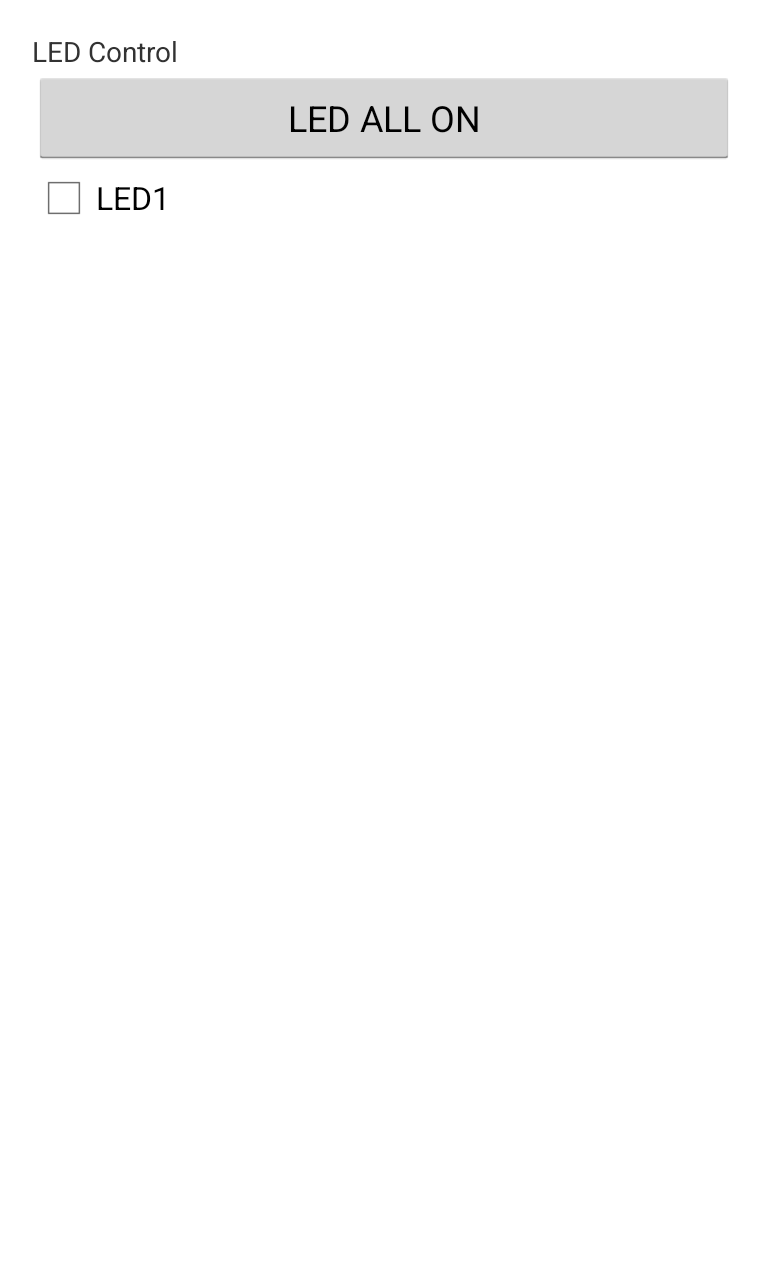
Repository: zgliuyang/android_study
Layout: LedCtrl/res/layout/activity_main.xml
An editor plug-in stored every save of this project. The layout is shown before and after the next save, followed by the edit.
It is drawn on a 768 x 1280 px phone screen (xhdpi) without system bars, with theme AppTheme; the app's code is not run.

Above is the layout before, as saved 2020-05-20 16:26:12.

### LedCtrl/res/layout/activity_main.xml
<LinearLayout xmlns:android="http://schemas.android.com/apk/res/android"
    xmlns:tools="http://schemas.android.com/tools"
    android:layout_width="match_parent"
    android:layout_height="match_parent"
    android:paddingBottom="@dimen/activity_vertical_margin"
    android:paddingLeft="@dimen/activity_horizontal_margin"
    android:paddingRight="@dimen/activity_horizontal_margin"
    android:paddingTop="@dimen/activity_vertical_margin"
    tools:context=".MainActivity"
    android:orientation="vertical" >

    <TextView
        android:layout_width="wrap_content"
        android:layout_height="wrap_content"
        android:text="LED Control" />
    <Button
        android:layout_width="fill_parent"
        android:layout_height="wrap_content"
        android:text="LED ALL ON" />
    <CheckBox
        android:layout_width="wrap_content"
        android:layout_height="wrap_content"
        android:text="LED1" />/>

</LinearLayout>

Loaded but not shown: LedCtrl/res/values/styles.xml (common file); LedCtrl/res/values-v11/styles.xml (common file); LedCtrl/res/values-v14/styles.xml (common file); LedCtrl/res/values/dimens.xml (common file)

After the next save:
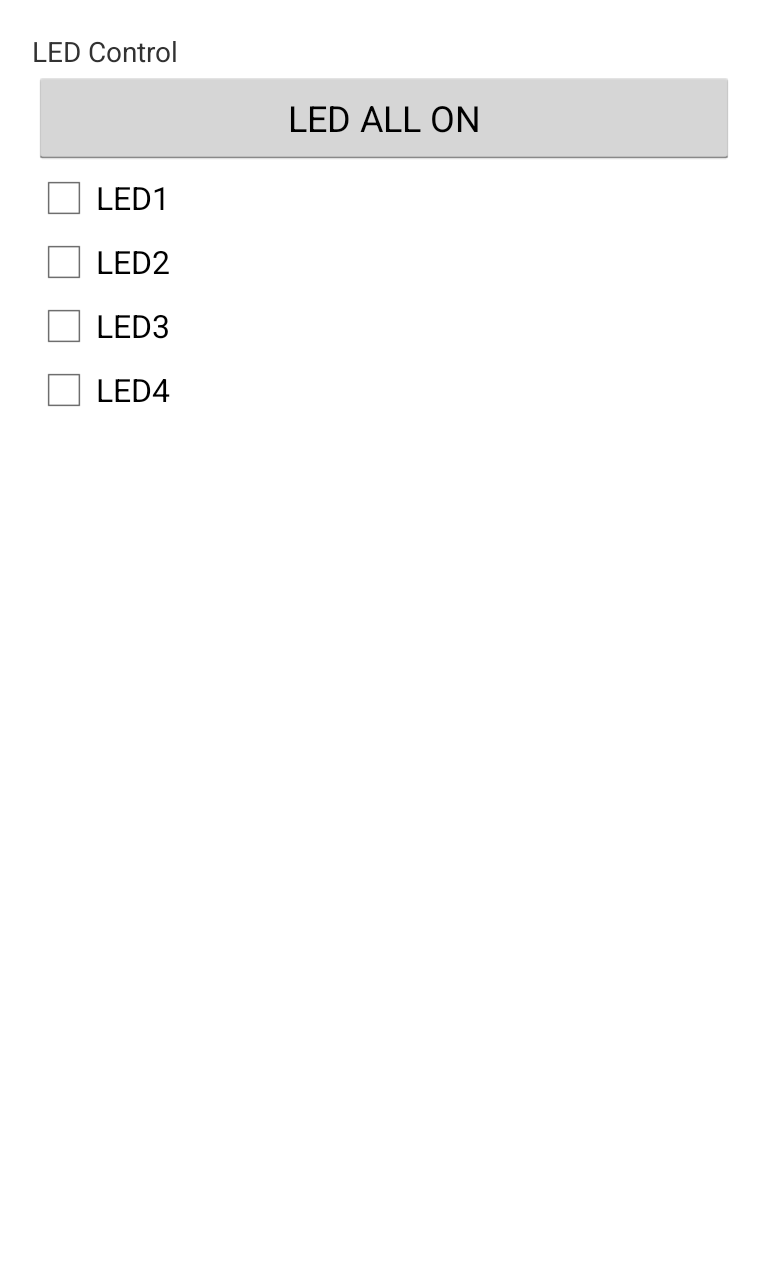
Saved 38 s later.
--- a/LedCtrl/res/layout/activity_main.xml
+++ b/LedCtrl/res/layout/activity_main.xml
@@ -20,6 +20,19 @@
     <CheckBox
         android:layout_width="wrap_content"
         android:layout_height="wrap_content"
-        android:text="LED1" />/>
+        android:text="LED1" />
+    <CheckBox
+        android:layout_width="wrap_content"
+        android:layout_height="wrap_content"
+        android:text="LED2" />
+    <CheckBox
+        android:layout_width="wrap_content"
+        android:layout_height="wrap_content"
+        android:text="LED3" />
+    <CheckBox
+        android:layout_width="wrap_content"
+        android:layout_height="wrap_content"
+        android:text="LED4" />
+
 
 </LinearLayout>
